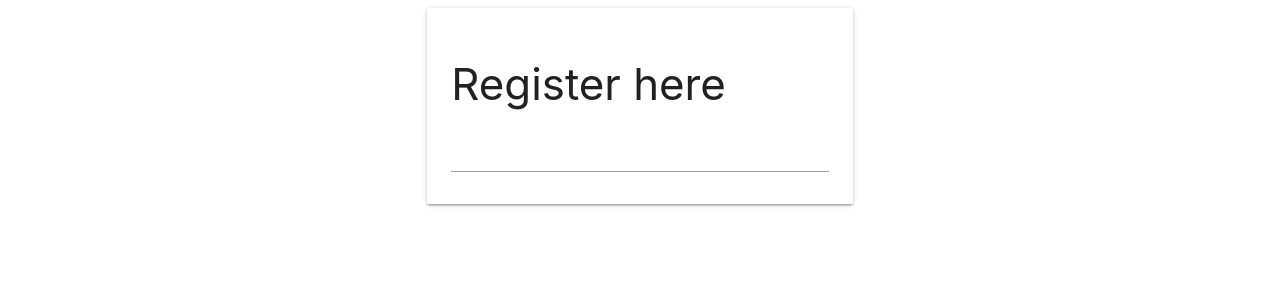
Repository: Attishgawali/JavaServletAndJSP
Page: http://localhost/Register/signup.jsp
The author's editor kept a copy of each file at every save. The page is drawn from the files as they stood at one save, then again after the next save.
The browser window is 1280 px wide. The pictures show the whole page.
The page is served by Tomcat 9.

Above is the page before, as saved 2023-07-06 11:25:17.

### Register/src/main/webapp/signup.jsp
<%@ page language="java" contentType="text/html; charset=UTF-8"
	pageEncoding="UTF-8"%>
<!DOCTYPE html>
<html>
<head>
<meta charset="UTF-8">
<title>Insert title here</title>
<!-- Compiled and minified CSS -->
<link rel="stylesheet"
	href="https://cdnjs.cloudflare.com/ajax/libs/materialize/1.0.0/css/materialize.min.css">

<!-- Compiled and minified JavaScript -->
<script
	src="https://cdnjs.cloudflare.com/ajax/libs/materialize/1.0.0/js/materialize.min.js"></script>
</head>
<body>
	<div class="container">
		<div class="row">
			<div class="col m6 offset-m3">
				<div class="card">
					<div class="card-content">
						<h3>Register here</h3>
						<div class="form">
							<form action="register" method="post">
								<input type="text" name="username" placeeholder="Enter your name">
							</form>
						</div>

						<div class="loader">

						</div>
					</div>
				</div>
			</div>
		</div>
	</div>
</body>
</html>

After the next save:
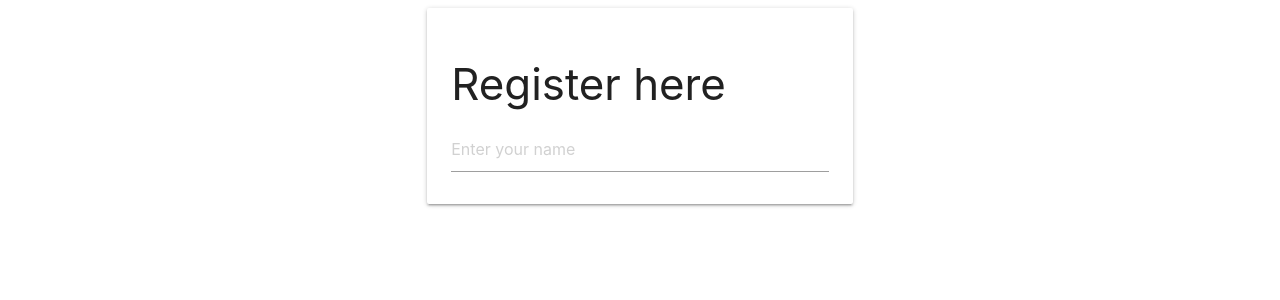
Saved 37 s later.
--- a/Register/src/main/webapp/signup.jsp
+++ b/Register/src/main/webapp/signup.jsp
@@ -22,7 +22,7 @@
 						<h3>Register here</h3>
 						<div class="form">
 							<form action="register" method="post">
-								<input type="text" name="username" placeeholder="Enter your name">
+								<input type="text" name="username" placeholder="Enter your name">
 							</form>
 						</div>
 
